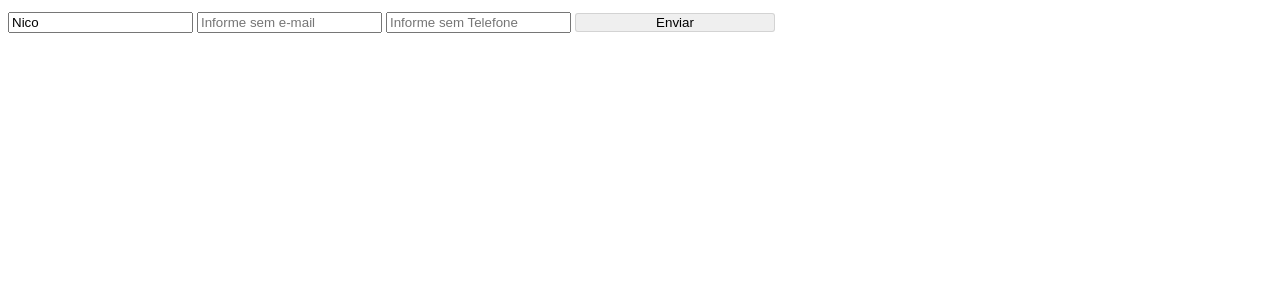
Repository: toniferreirasantos/teste-web
Page: http://localhost/
These files come from the project's save history. The page is drawn as it stood at one moment and after the next save; the edit follows.
The browser window is 1280 px wide. The pictures show the whole page.
The page is run by PHP 8.4 with error messages shown; the project is at /var/www/html/. Queries for data that is not in the repository find no rows.

Above is the page before, as saved 2025-09-16 20:39:10.

After the next save:
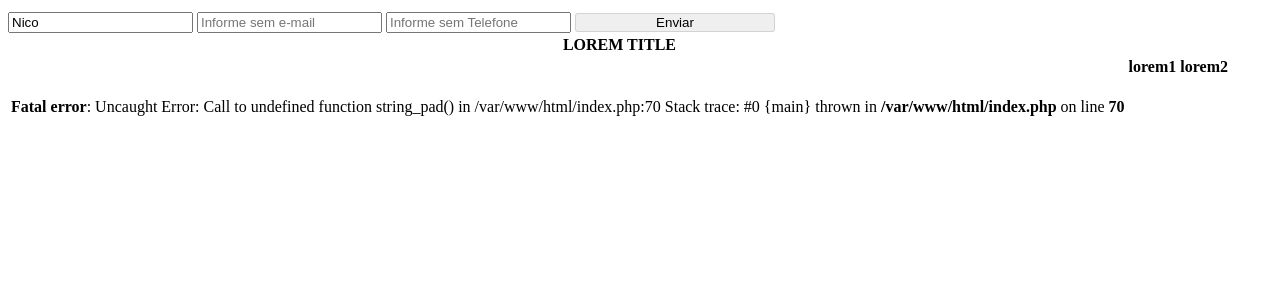
Saved 8 s later.
--- a/index.php
+++ b/index.php
@@ -50,6 +50,40 @@
     ?>
 
 
+<table class="table table-bordered table-condensed table-hover smart-form table-padrao">
+    <thead>
+        <tr>
+            <th colspan="9" class="font-18px text-danger">
+                LOREM TITLE
+            </th>
+        </tr>
+
+        <tr>
+            <th><i class="fa fa-sort-numeric-desc"></i></th>
+            <th>lorem1</th>
+            <th>lorem2</th>
+        </tr>
+    </thead>
+
+    <tbody>
+        <tr>
+            <td><?= string_pad(++$cnt) ?></td>
+
+            <td>
+                Lorem ipsum dolor sit amet consectetur adipisicing elit. Quia, animi totam.
+            </td>
+
+            <td>
+                Lorem ipsum dolor sit amet consectetur adipisicing elit. Quia, animi totam.
+            </td>
+        </tr>
+
+    </tbody>
+
+</table>
+
+
+
 
     <script
   src="https://code.jquery.com/jquery-3.7.1.min.js"

After the save that followed:
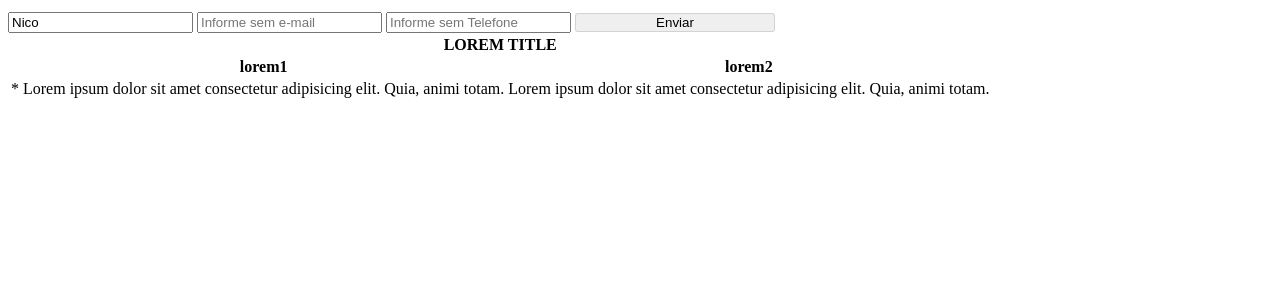
Saved 9 s later.
--- a/index.php
+++ b/index.php
@@ -67,7 +67,7 @@
 
     <tbody>
         <tr>
-            <td><?= string_pad(++$cnt) ?></td>
+            <td>*</td>
 
             <td>
                 Lorem ipsum dolor sit amet consectetur adipisicing elit. Quia, animi totam.
